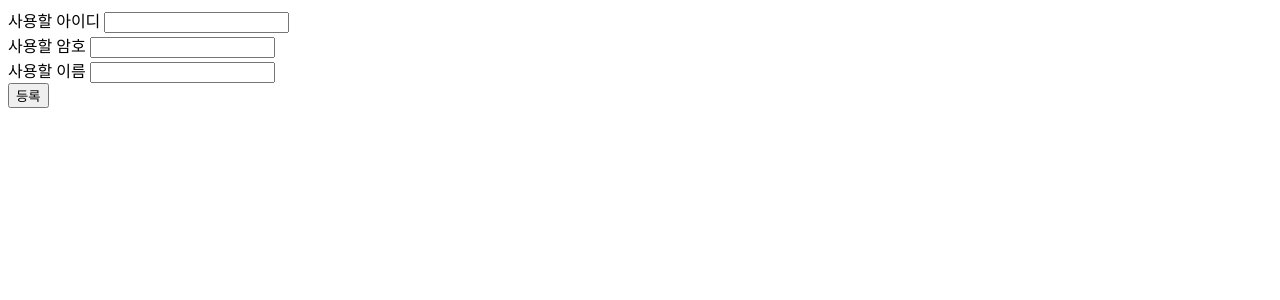
Repository: ybshim90/sesac1
Page: day_20211217_01_web/src/main/webapp/regist.html
An editor plug-in stored every save of this project. The page is shown before and after the next save, followed by the edit.
The browser window is 1280 px wide. The pictures show the whole page.

Above is the page before, as saved 2021-12-17 05:16:18.

### day_20211217_01_web/src/main/webapp/regist.html
<!DOCTYPE html>
<html>
	<head>
		<meta charset="UTF-8">
		<title>Insert title here</title>
	</head>
	<body>
		<form action="jsp/form1.jsp" method="post">
			<label> 사용할 아이디
				<input type="text" name="memid"><br>
			</label>

			<label for="id_pw">사용할 암호</label>
			<input type="password" name="mempw" id="id_pw"><br>


			사용할 이름
			<input type="text" name="memname"><br>

			<input type="submit" value="등록">

		</form>
	</body>
</html>

After the next save:
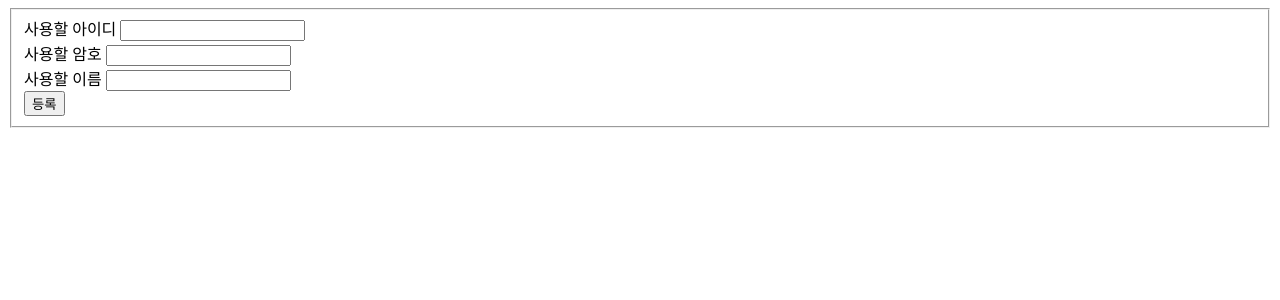
Saved 3 min 38 s later.
--- a/day_20211217_01_web/src/main/webapp/regist.html
+++ b/day_20211217_01_web/src/main/webapp/regist.html
@@ -6,19 +6,20 @@
 	</head>
 	<body>
 		<form action="jsp/form1.jsp" method="post">
-			<label> 사용할 아이디
-				<input type="text" name="memid"><br>
-			</label>
+			<fieldset>
+				<label> 사용할 아이디
+					<input type="text" name="memid"><br>
+				</label>
 
-			<label for="id_pw">사용할 암호</label>
-			<input type="password" name="mempw" id="id_pw"><br>
+				<label for="id_pw">사용할 암호</label>
+				<input type="password" name="mempw" id="id_pw"><br>
 
 
-			사용할 이름
-			<input type="text" name="memname"><br>
+				사용할 이름
+				<input type="text" name="memname"><br>
 
-			<input type="submit" value="등록">
-
+				<input type="submit" value="등록">
+			</fieldset>
 		</form>
 	</body>
 </html>
